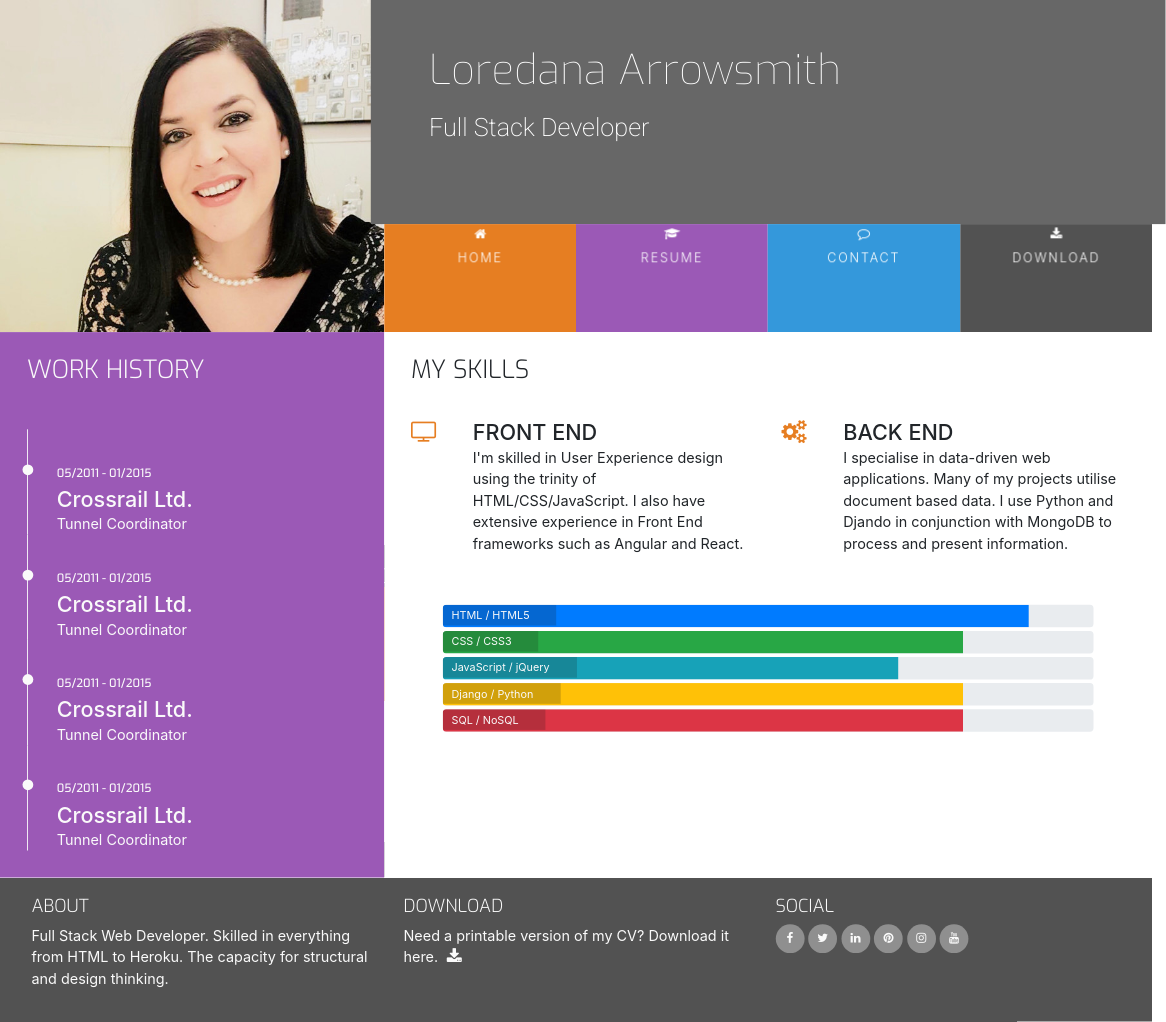
Repository: lolalongo11/Loredana-Resume
Page: resume.html
The author's editor kept a record of every edit. The page is drawn from the files as they stood at one moment, then again after the next edit.
The browser window is 1280 px wide. The page is 1295 px wide, so the pictures cover 1295 px, including what lies to the right of the window. The pictures show the whole page, at 90% of full size.

Above is the page before.

After the next edit:
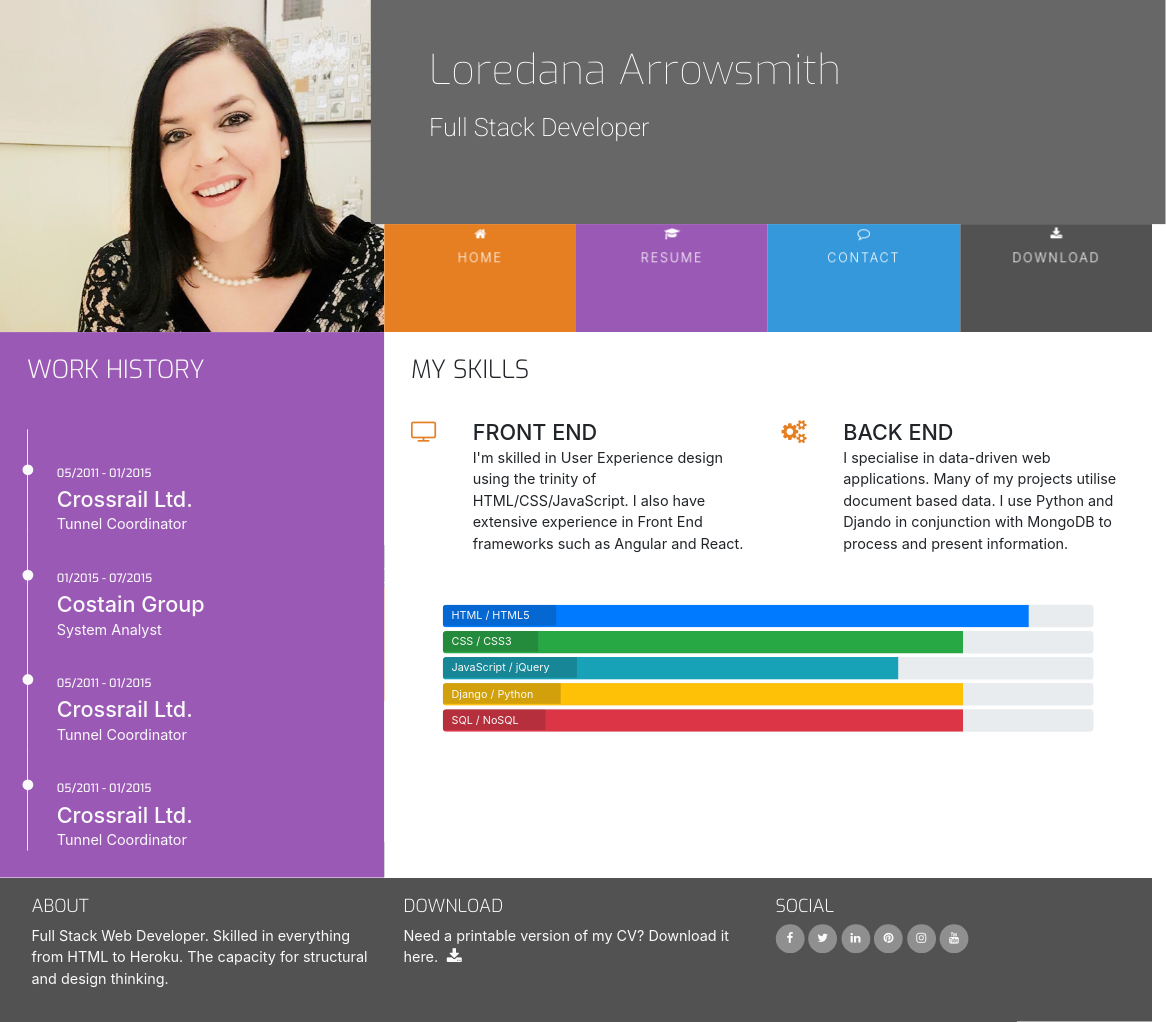
The edit:
--- a/resume.html
+++ b/resume.html
@@ -59,9 +59,9 @@
                     <h4>Crossrail Ltd.</h4>
                     <p>Tunnel Coordinator</p>
                 </div>
-                <div class="timeline-item" data-dates="05/2011 - 01/2015">
-                    <h4>Crossrail Ltd.</h4>
-                    <p>Tunnel Coordinator</p>
+                <div class="timeline-item" data-dates="01/2015 - 07/2015">
+                    <h4>Costain Group</h4>
+                    <p>System Analyst</p>
                 </div>
                 <div class="timeline-item" data-dates="05/2011 - 01/2015">
                     <h4>Crossrail Ltd.</h4>
